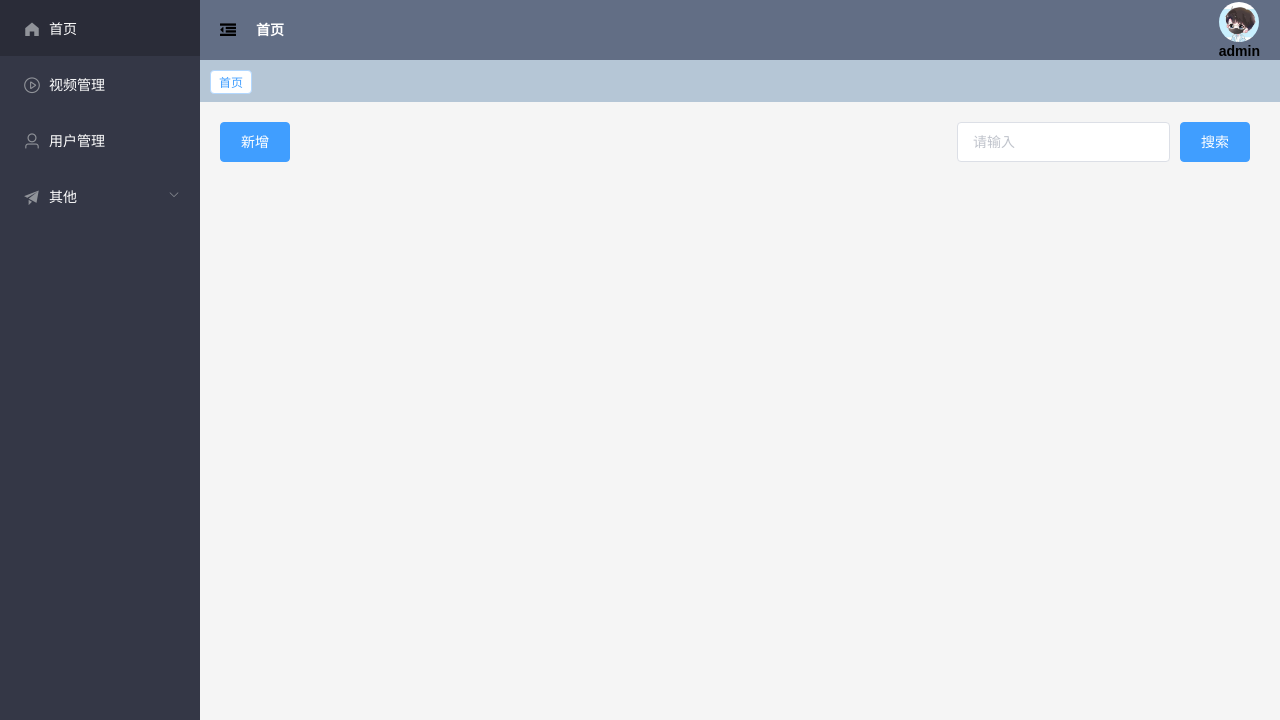
Repository: coWhy/vue-manage
Page: /#/user
These files come from the project's save history. The page is drawn as it stood at one moment and after the next save; the edit follows.
The browser window is 1280 px wide. The pictures show the whole page.
The project was rebuilt for these pictures with package versions that can differ from the ones it lists, and the page was loaded fresh each time. Also part of the build but not shown: vue.config.js.

Above is the page before, as saved 2020-04-14 03:30:21.

After the next save:
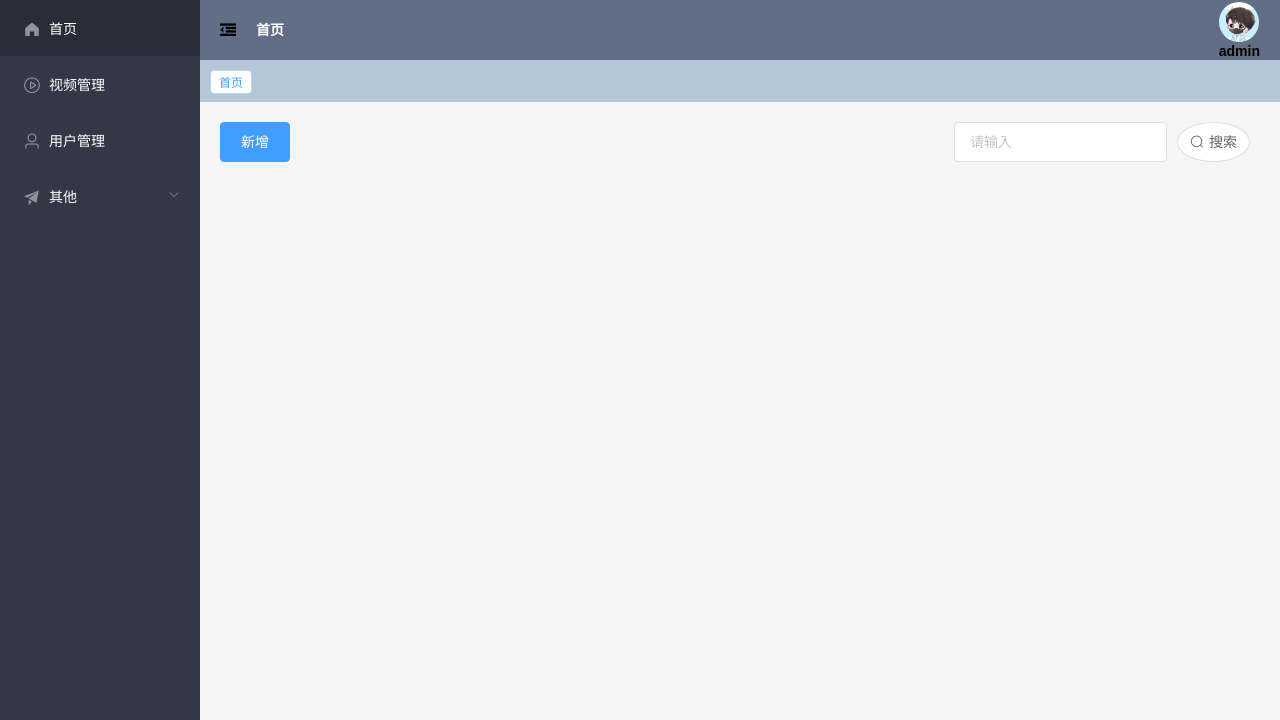
Saved 47 s later.
--- a/src/views/user/index.vue
+++ b/src/views/user/index.vue
@@ -5,7 +5,7 @@
       <el-button type="primary">新增</el-button>
       <!-- 搜索表单 -->
       <common-form inline :formLabel="formLabel" :form="searchFrom">
-        <el-button type="primary">搜索</el-button>
+        <el-button icon="el-icon-search" circle>搜索</el-button>
       </common-form>
     </div>
     <div class="manage-content">
